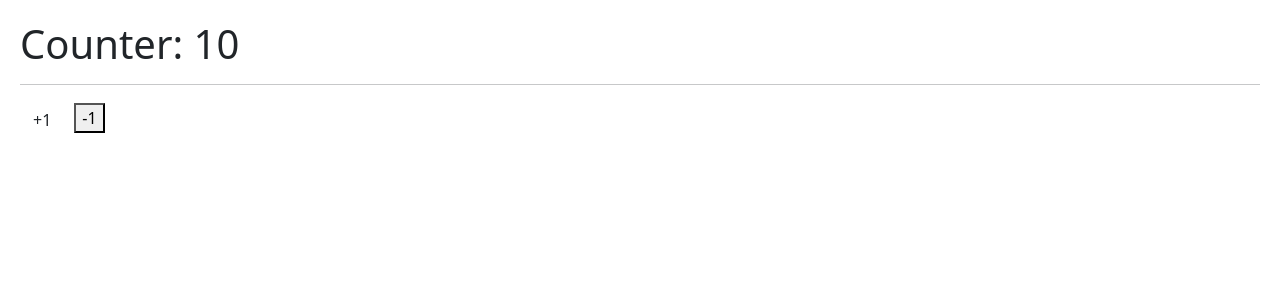
Repository: bryanesteban/hooks-App
Page: /
These files come from the project's save history. The page is drawn as it stood at one moment and after the next save; the edit follows.
The browser window is 1280 px wide. The pictures show the whole page.
The project was rebuilt for these pictures with package versions that can differ from the ones it lists, and the page was loaded fresh each time. Also part of the build but not shown: vite.config.js, src/HooksApp.jsx.

Above is the page before, as saved 2024-06-24 22:23:37.

After the next save:
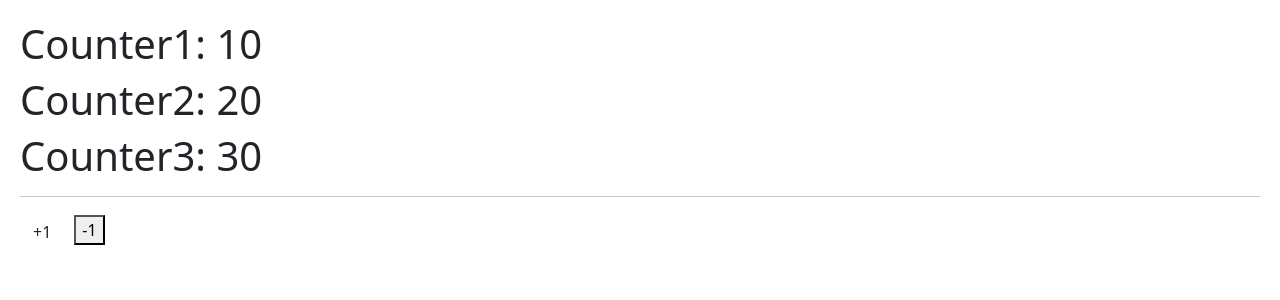
Saved 2 min 1 s later.
--- a/src/01-useState/CounterApp.jsx
+++ b/src/01-useState/CounterApp.jsx
@@ -6,10 +6,12 @@
     Counter1: 10,
     Counter2: 20,
     Counter3: 30,
-  })
+  });
     return (
     <>
-    <h1>Counter: { counter.Counter1 }</h1>
+    <h1>Counter1: { counter.Counter1 }</h1>
+    <h1>Counter2: { counter.Counter2 }</h1>
+    <h1>Counter3: { counter.Counter3 }</h1>
     <hr/>
 
     <button className='btn' onClick={ () => setcounter( counter + 1 )}>+1</button>
